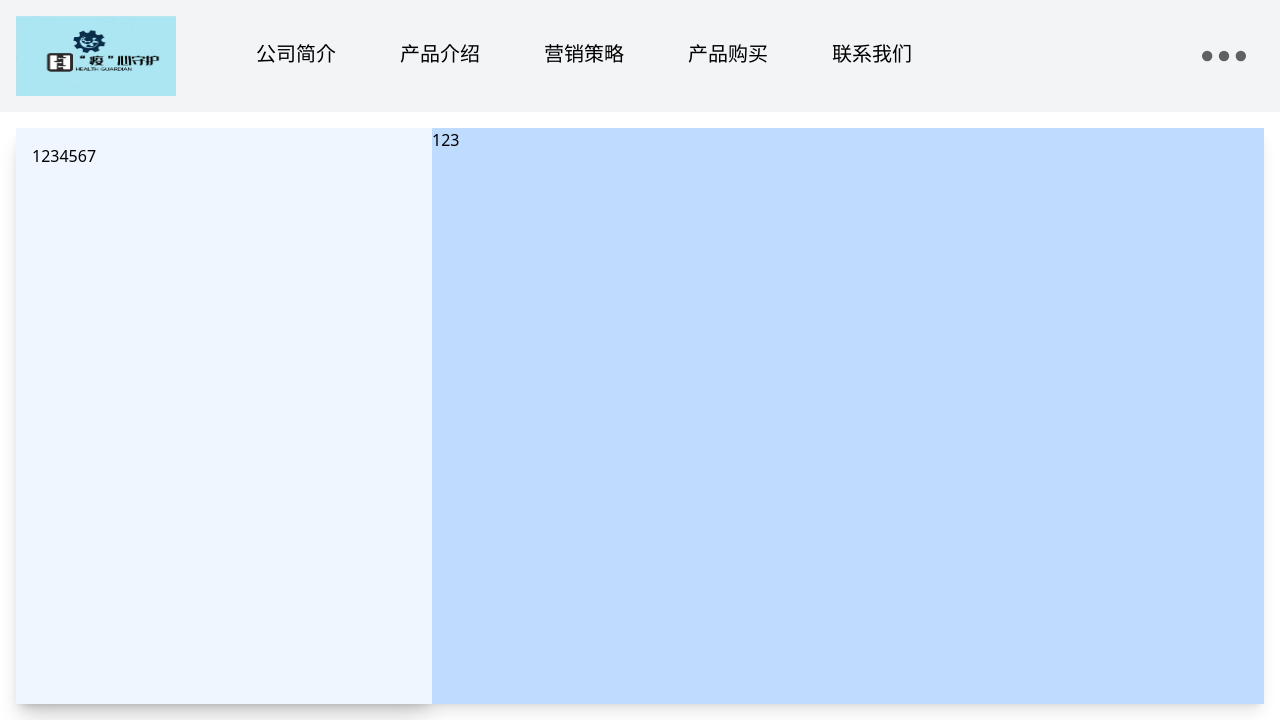
Repository: LiuRuohui/company_introduction
Page: /#/introduction
An editor plug-in stored every save of this project. The page is shown before and after the next save, followed by the edit.
The browser window is 1280 px wide. The pictures show the whole page.
The project was rebuilt for these pictures with package versions that can differ from the ones it lists, and the page was loaded fresh each time. Also part of the build but not shown: vite.config.js, src/components/product.vue, src/components/purchase.vue, src/components/strategy.vue, src/components/contact.vue, src/components/public.vue.

Above is the page before, as saved 2022-05-09 23:31:36.

### index.html
<!DOCTYPE html>
<html lang="en">
  <head>
    <meta charset="UTF-8" />
    <link rel="icon" href="/favicon.ico" />
    <meta name="viewport" content="width=device-width, initial-scale=1.0" />
    <title>COMPANY_INTRODUCTION</title>
  </head>
  <body>
    <div id="app"></div>
    <script type="module" src="/src/main.js"></script>
  </body>
</html>

### src/main.js
import { createApp } from 'vue'
import "./index.css";
//引入路由器
import router from '../src/router/route.js'

import App from './App.vue'

const app = createApp(App);
app.use(router);
app.mount('#app');

### src/index.css
/* ./src/index.css */

@tailwind base;
@tailwind components;
.inputFrame {
  @apply w-full content-center text-base px-4 py-2 border-b rounded-2xl border-gray-300;
}

.inputFrame:focus {
  @apply outline-none border-indigo-500;
}

.btn {
  @apply w-full flex justify-center bg-gradient-to-r from-indigo-500 to-blue-600 text-gray-100 p-4 rounded-full tracking-wide font-semibold shadow-lg cursor-pointer transition ease-in duration-500;
}

.btn:hover {
  @apply bg-gradient-to-l from-blue-500 to-indigo-600;
}

.label {
  @apply ml-3 text-sm font-bold text-gray-700 tracking-wide;
}

@tailwind utilities;

### src/router/route.js
import { createRouter, createWebHashHistory } from "vue-router";
//引入组件
import Introduction from "../components/introduction.vue"
import Product from "../components/product.vue"
import Purchase from "../components/purchase.vue"
import Strategy from "../components/strategy.vue"
import Contact from "../components/contact.vue"

const route = [
    {
        path:'/introduction',
        component:Introduction
    },
    {
        path:'/product',
        component:Product
    },
    {
        path:'/strategy',
        component:Strategy
    },
    {
        path:'/purchase',
        component:Purchase
    },
    {
        path:'/contact',
        component:Contact
    },
]

// 创建路由对象
const router = createRouter({
    history: createWebHashHistory(),
    routes: route
  });


export default router

### src/App.vue
<script setup>
import Public from './components/public.vue';
import MainPage from './components/mainPage.vue';
// This starter template is using Vue 3 <script setup> SFCs
// Check out https://vuejs.org/api/sfc-script-setup.html#script-setup

</script>

<template>
<MainPage></MainPage>
</template>

<style>

</style>

### src/components/introduction.vue
<script setup>

</script>

<template>
<div class="w-full m-4 flex flex-row shadow-lg bg-blue-50">
    <div class="flex h-full w-1/3 shadow-xl">
        <div class="m-4 w-full">
            1234567
        </div>
    </div>
    <div class="flex flex-grow bg-blue-200">
123
    </div>
</div>
</template>

### src/components/mainPage.vue
<script setup></script>

<template>
    <div class="max-h-full min-h-screen w-full flex flex-col bg-white">
        <div class="w-full h-28 flex flex-row bg-gray-100">
            <div class="h-full">
                <img
                    src="/src/assets/logo.png"
                    alt="公司图标"
                    class="h-20 m-4 w-40"
                />
            </div>
            <div class="flex font-sans text-xl ml-8">
                <router-link
                    active-class="active"
                    to="/introduction"
                    class="px-8 pt-10 hover:cursor-pointer hover:bg-blue-300"
                    >公司简介</router-link
                >
                <router-link
                    active-class="active"
                    to="/product"
                    class="px-8 pt-10 hover:cursor-pointer hover:bg-blue-300"
                    >产品介绍</router-link
                >
                <router-link
                    active-class="active"
                    to="/strategy"
                    class="px-8 pt-10 hover:cursor-pointer hover:bg-blue-300"
                    >营销策略</router-link
                >
                <router-link
                    active-class="active"
                    to="/purchase"
                    class="px-8 pt-10 hover:cursor-pointer hover:bg-blue-300"
                    >产品购买</router-link
                >
                <router-link
                    active-class="active"
                    to="/contact"
                    class="px-8 pt-10 hover:cursor-pointer hover:bg-blue-300"
                    >联系我们</router-link
                >
            </div>
            <div class="flex flex-grow flex-row-reverse">
                <img
                    src="/src/assets/more.svg"
                    alt="更多"
                    class="w-16 h-16 opacity-60 mt-6 mr-6 hover:cursor-pointer"
                />
            </div>
        </div>
        <div class="w-full flex flex-grow">
            <router-view></router-view>
        </div>
    </div>
</template>

<style></style>

### tailwind.config.js
module.exports = {
  content: [
      "./index.html",
      "./src/**/*.{vue,js,ts,jsx,tsx}",
  ],
  theme: {
      extend: {},
  },
  plugins: [],
}

After the next save:
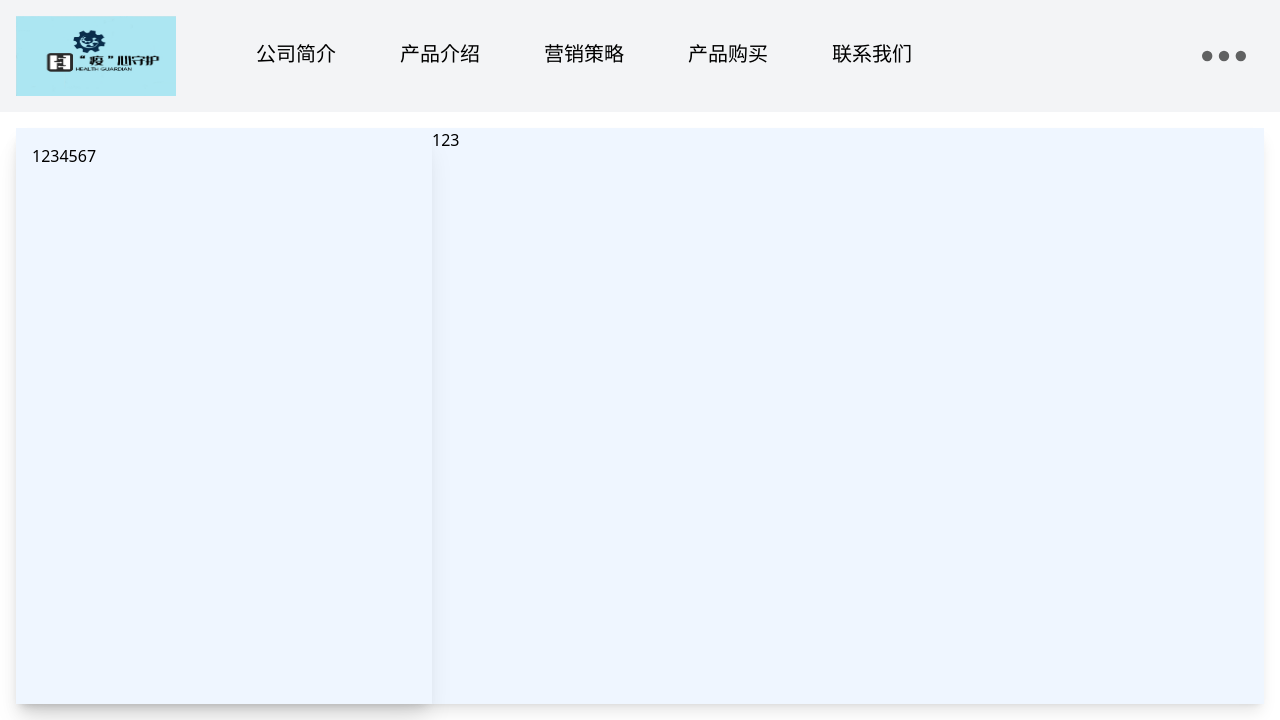
Saved 9 s later.
--- a/src/components/introduction.vue
+++ b/src/components/introduction.vue
@@ -9,7 +9,7 @@
             1234567
         </div>
     </div>
-    <div class="flex flex-grow bg-blue-200">
+    <div class="flex flex-grow">
 123
     </div>
 </div>
